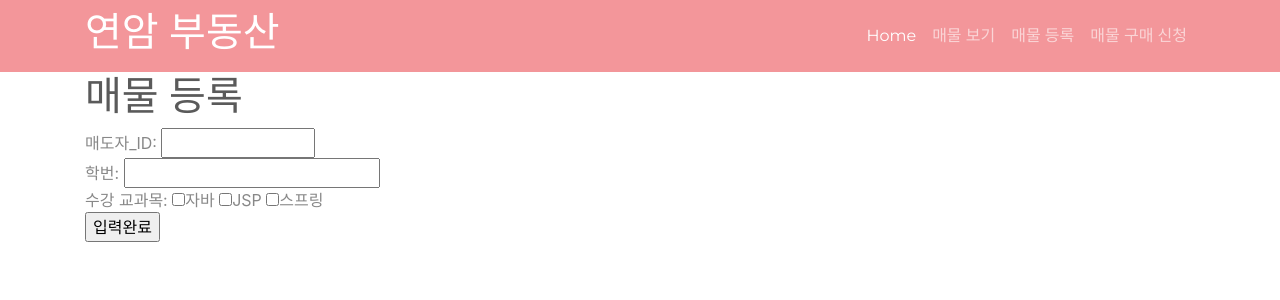
Repository: Leekm0912/2-1_JSP-DB_Project
Page: http://localhost/WebTest/DB/InsertTable.jsp
An editor plug-in stored every save of this project. The page is shown before and after the next save, followed by the edit.
The browser window is 1280 px wide. The pictures show the whole page.
The page is served by Tomcat 9. Other server files are loaded and not shown.

Above is the page before, as saved 2020-06-10 03:38:29.

### WebTest/WebContent/DB/InsertTable.jsp
<%@ page contentType="text/html; charset=utf-8"%>
<!DOCTYPE html>
<html lang="ko">

<head>

<meta charset="utf-8">
<meta name="viewport" content="width=device-width, initial-scale=1, shrink-to-fit=no">
<meta name="description" content="">
<meta name="author" content="">
<title>Bare - Start Bootstrap Template</title>

<!-- Bootstrap core CSS -->
<link href="vendor/bootstrap/css/bootstrap.min.css" rel="stylesheet">
</head>

<body>

	<!-- Navigation -->
	<nav class="navbar navbar-expand-lg navbar-dark bg-dark static-top">
		<div class="container">
			<h1 style="color: white;">연암 부동산</h1>
			<button class="navbar-toggler" type="button" data-toggle="collapse" data-target="#navbarResponsive" aria-controls="navbarResponsive" aria-expanded="false" aria-label="Toggle navigation">
				<span class="navbar-toggler-icon"></span>
			</button>
			<div class="collapse navbar-collapse" id="navbarResponsive">
				<ul class="navbar-nav ml-auto">
					<li class="nav-item active"><a class="nav-link" href="main.jsp">Home <span class="sr-only">(current)</span>
					</a></li>
					<li class="nav-item"><a class="nav-link" href="ViewTable.jsp">매물 보기</a></li>
					<li class="nav-item"><a class="nav-link" href="InsertTable.jsp">매물 등록</a></li>
					<li class="nav-item"><a class="nav-link" href="Order.jsp">매물 구매 신청</a></li>
				</ul>
			</div>
		</div>
	</nav>

	<!-- Page Content -->
	<div class="container">
		<h1>매물 등록</h1>
		<form action="add_data" method="post">
			매도자_ID: <input type="text" name="name" size="10"> <br>
		학번: <input type="text" name="id" size="20"> <br>
		수강 교과목:
		<input type="checkbox" name="subject" value="java">자바
		<input type="checkbox" name="subject" value="JSP">JSP
		<input type="checkbox" name="subject" value="Spring">스프링 <br>
		<%-- form 엘리먼트에 포함되는 input 엘리먼트들을 요청 파라미터로 만들어 --%>
		<%-- 일괄적으로 action 페이지에 전달한다. --%>
		<input type="submit" value="입력완료">
		</form>
	</div>

	<!-- Bootstrap core JavaScript -->
	<script src="vendor/jquery/jquery.slim.min.js"></script>
	<script src="vendor/bootstrap/js/bootstrap.bundle.min.js"></script>

</body>

</html>

After the next save:
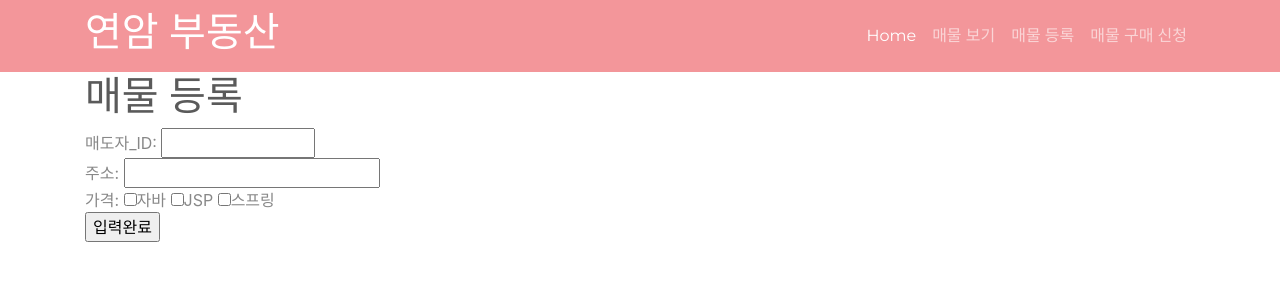
Saved 10 s later.
--- a/WebTest/WebContent/DB/InsertTable.jsp
+++ b/WebTest/WebContent/DB/InsertTable.jsp
@@ -40,8 +40,8 @@
 		<h1>매물 등록</h1>
 		<form action="add_data" method="post">
 			매도자_ID: <input type="text" name="name" size="10"> <br>
-		학번: <input type="text" name="id" size="20"> <br>
-		수강 교과목:
+			주소: <input type="text" name="id" size="20"> <br>
+			가격:
 		<input type="checkbox" name="subject" value="java">자바
 		<input type="checkbox" name="subject" value="JSP">JSP
 		<input type="checkbox" name="subject" value="Spring">스프링 <br>
